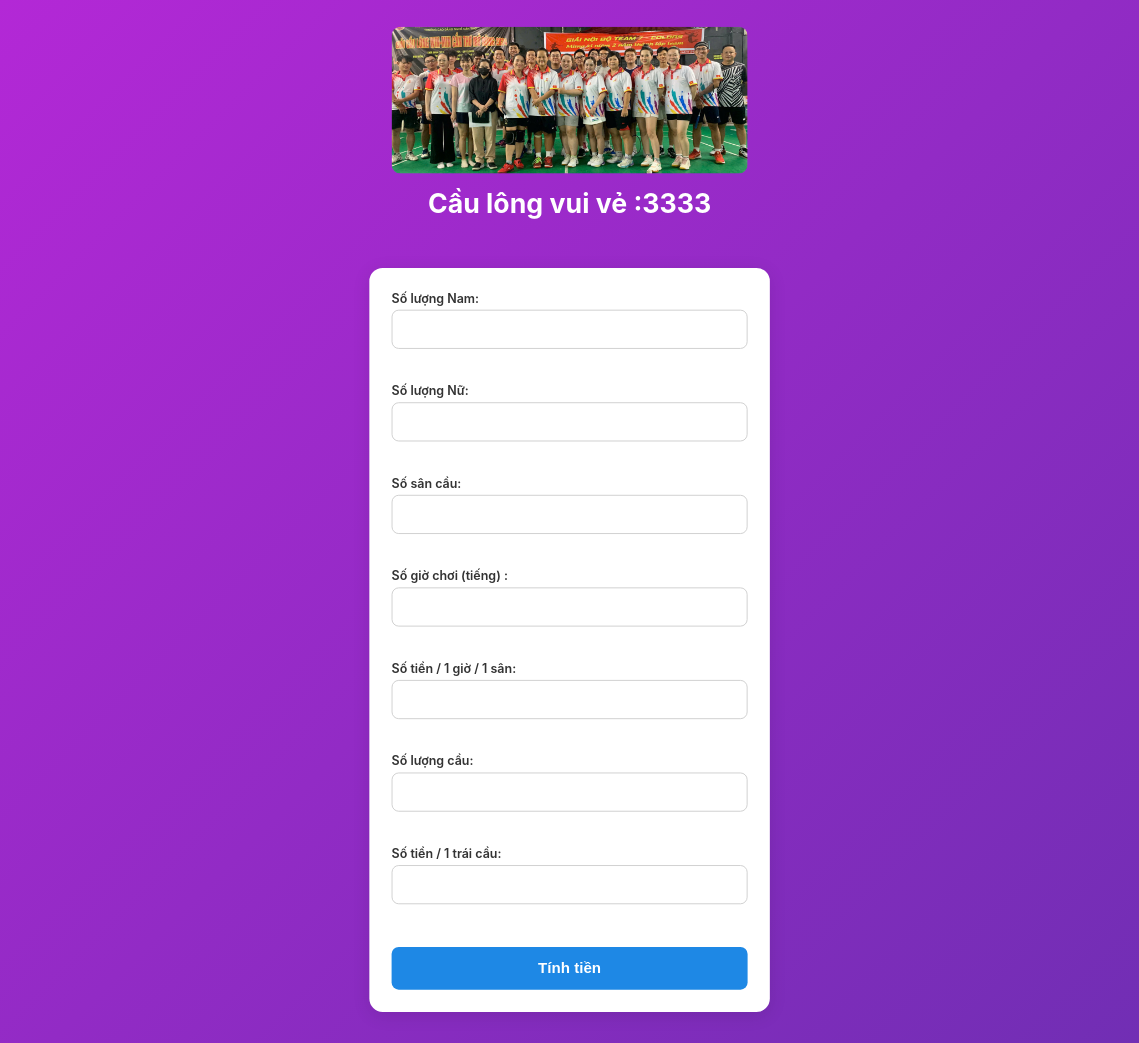
Repository: LuongPTCE181311/Badminton
Page: index.html
The author's editor kept a copy of each file at every save. The page is drawn from the files as they stood at one save, then again after a run of saves.
The browser window is 1280 px wide. The pictures show the whole page, at 89% of full size.

Above is the page before, as saved 2025-12-07 22:25:58.

After the next 2 saves:
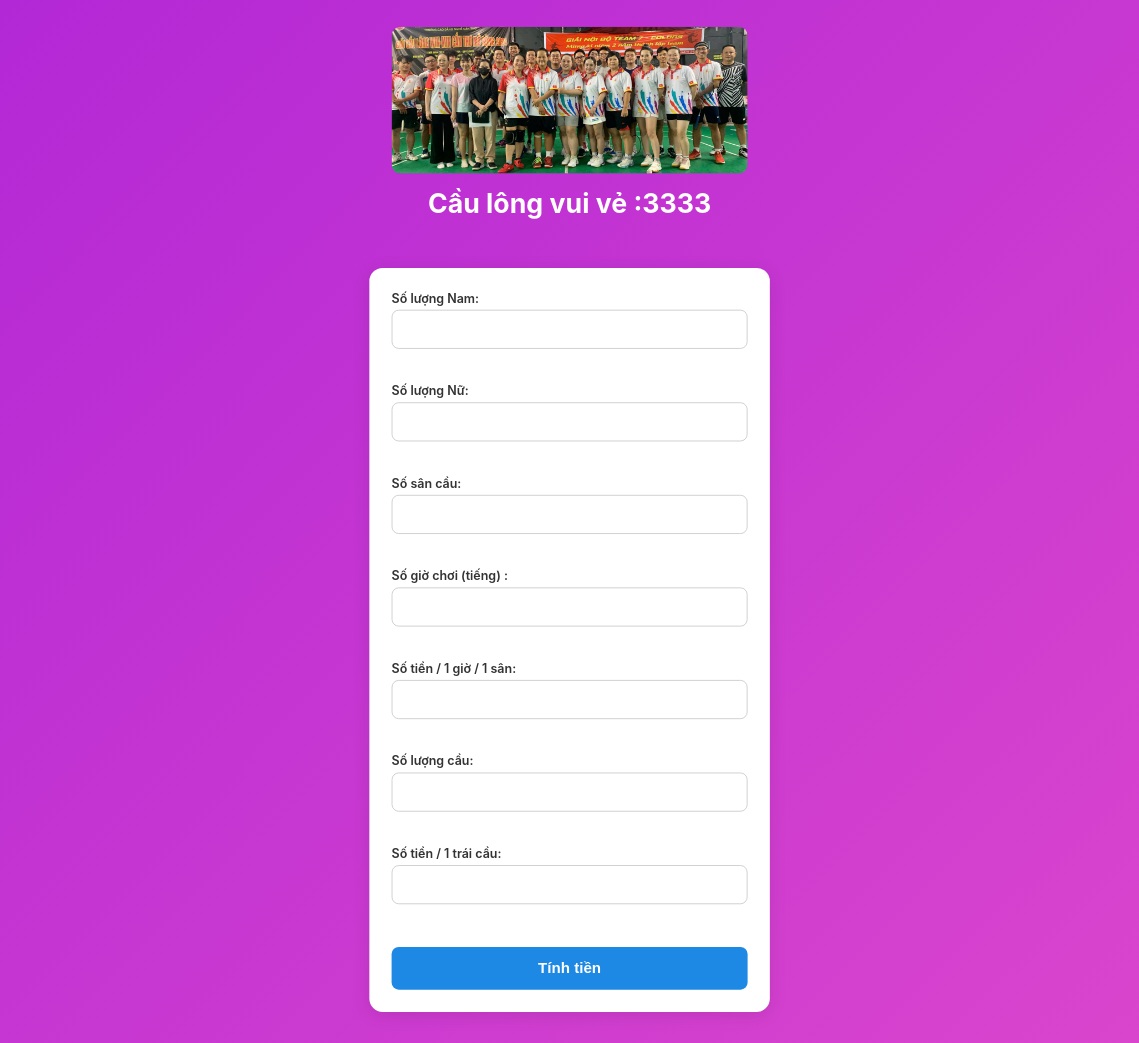
The 2 saves are shown as one change because they came seconds apart.
The last was saved 13 s later.
--- a/assets/css/style.css
+++ b/assets/css/style.css
@@ -7,7 +7,7 @@ body {
   padding: 10px;
   font-family: -apple-system, BlinkMacSystemFont, "Segoe UI", Roboto,
     "Helvetica Neue", Arial, sans-serif;
-  background: linear-gradient(135deg, #b328d6 0%, #712eb4 100%);
+  background: linear-gradient(135deg, #b328d6 0%, #da45cd 100%);
   min-height: 100vh;
 }
 
